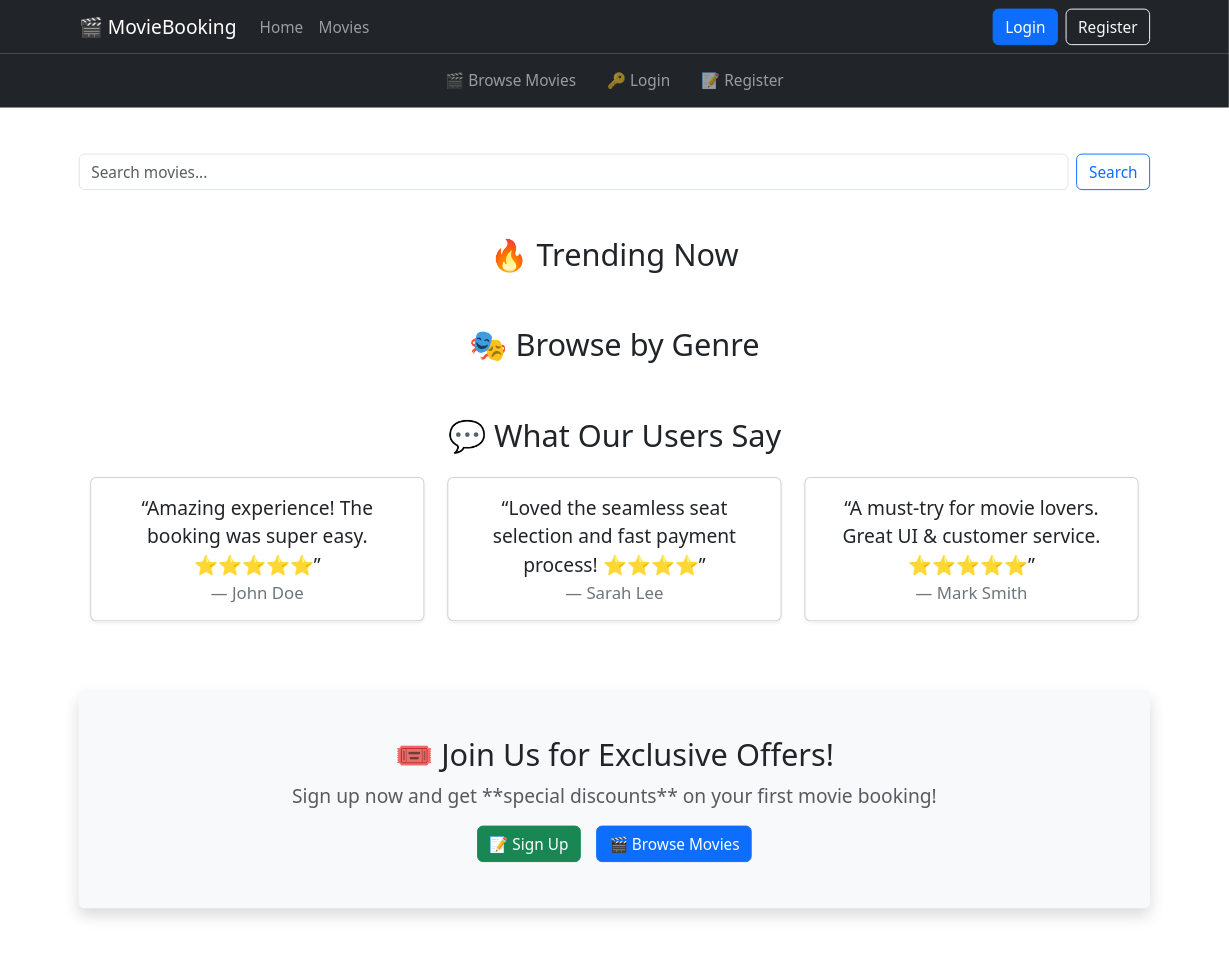
Repository: AshwinUgale/MovieBookingFrontend
Page: /
These files come from the project's save history. The page is drawn as it stood at one moment and after the next save; the edit follows.
The browser window is 1280 px wide. The pictures show the whole page, at 96% of full size.
The page's requests for data from a server got no answer. The project was rebuilt for these pictures with package versions that can differ from the ones it lists, and the page was loaded fresh each time. No one was signed in, and anything a server would have sent is missing. Also part of the build but not shown: src/pages/LoginPage.js, src/pages/RegisterPage.js, src/pages/DashboardPage.js, src/utils/PrivateRoute.js, src/pages/MovieList.js, src/pages/ShowtimesPage.js, src/pages/AdminMoviePage.js, src/pages/AdminShowtimePage.js and 4 more.

Above is the page before, as saved 2025-02-21 11:29:01.

After the next save:
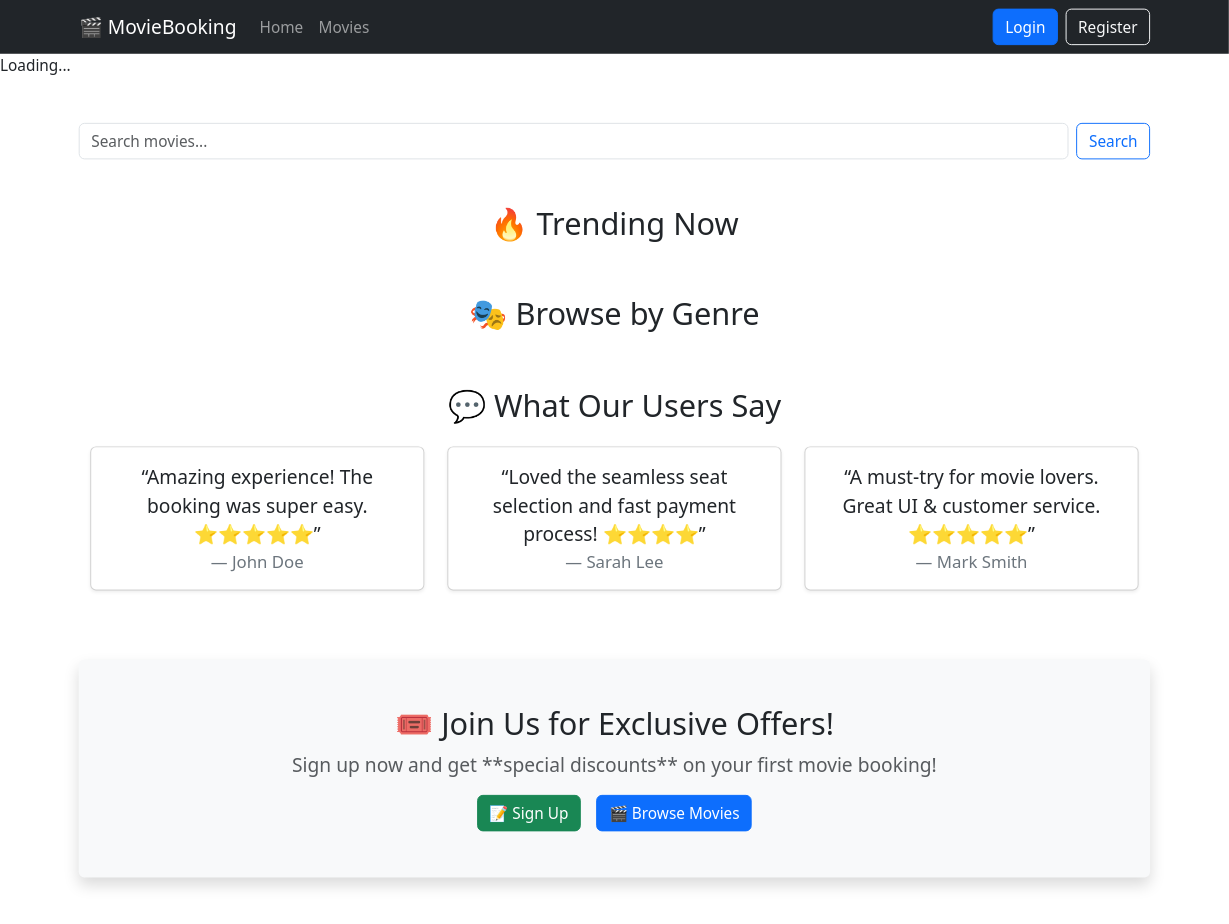
Saved 27 s later.
--- a/src/pages/HomePage.js
+++ b/src/pages/HomePage.js
@@ -1,5 +1,4 @@
-import { Link, useNavigate } from "react-router-dom";
-import { Container, Button, Navbar, Nav } from "react-bootstrap";
+import { Container } from "react-bootstrap";
 import HeroSection from "../components/HeroSection";
 import TrendingMovies from "../components/TrendingMovies";
 import MovieSearch from "../components/MovieSearch";
@@ -8,39 +7,10 @@
 import CallToAction from "../components/CallToAction";
 
 const HomePage = () => {
-  const navigate = useNavigate();
-  const isAuthenticated = localStorage.getItem("token") !== null;
-
-  const handleLogout = () => {
-    localStorage.removeItem("token");
-    navigate("/login");
-  };
-
   return (
     <>
-      {/* Navigation Bar */}
-      <Navbar bg="dark" variant="dark" expand="md" className="justify-content-center">
-        <Nav>
-          <Nav.Link as={Link} to="/movies" className="mx-2">🎬 Browse Movies</Nav.Link>
-          {!isAuthenticated ? (
-            <>
-              <Nav.Link as={Link} to="/login" className="mx-2">🔑 Login</Nav.Link>
-              <Nav.Link as={Link} to="/register" className="mx-2">📝 Register</Nav.Link>
-            </>
-          ) : (
-            <Button
-              variant="danger"
-              onClick={handleLogout}
-              className="mx-2"
-            >
-              🚪 Logout
-            </Button>
-          )}
-        </Nav>
-      </Navbar>
-
       {/* Hero Banner */}
-      {/* <HeroSection /> */}
+      <HeroSection />
 
       <Container className="text-center mt-5">
         {/* Search Bar */}

After the save that followed:
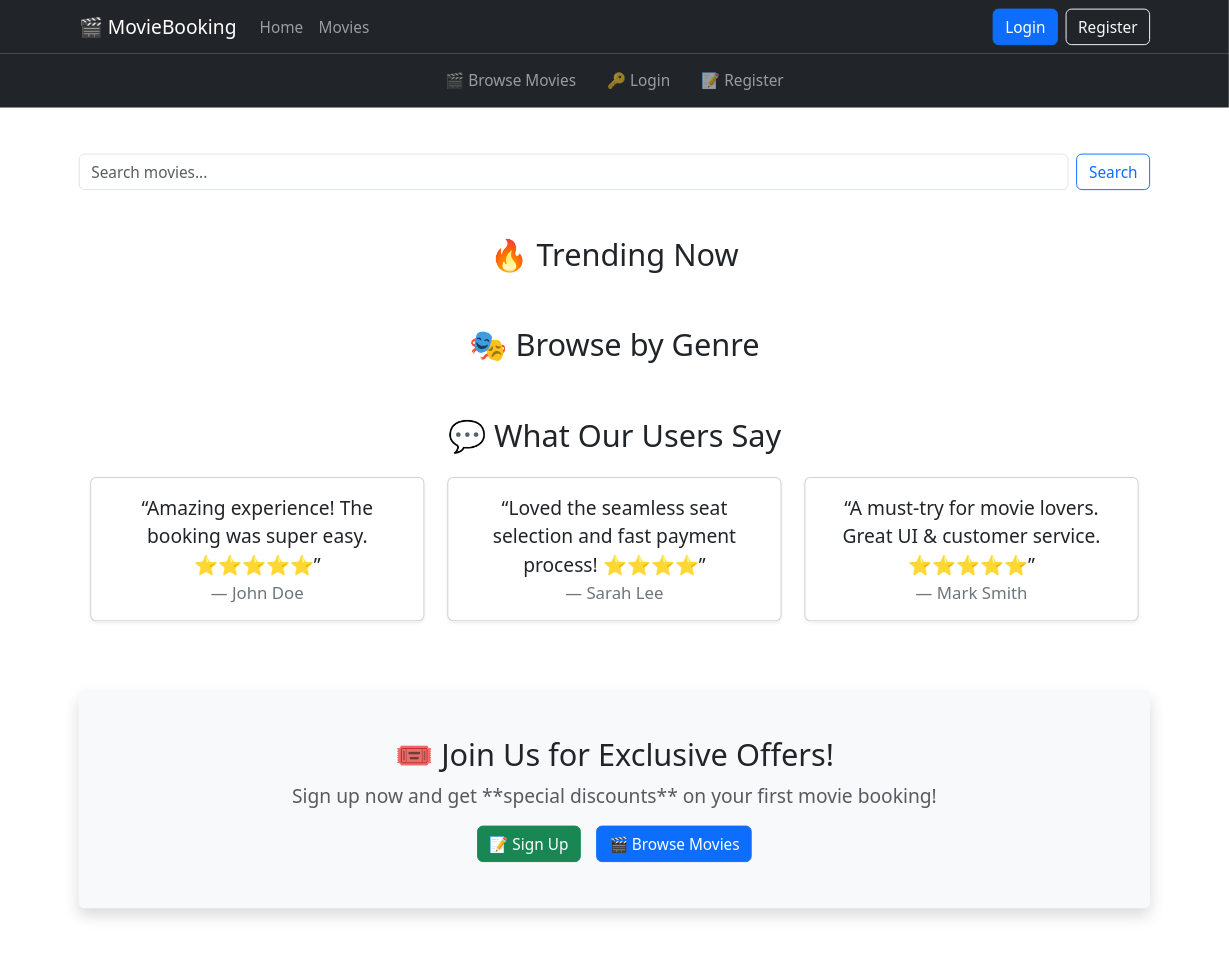
Saved 14 s later.
--- a/src/pages/HomePage.js
+++ b/src/pages/HomePage.js
@@ -1,4 +1,5 @@
-import { Container } from "react-bootstrap";
+import { Link, useNavigate } from "react-router-dom";
+import { Container, Button, Navbar, Nav } from "react-bootstrap";
 import HeroSection from "../components/HeroSection";
 import TrendingMovies from "../components/TrendingMovies";
 import MovieSearch from "../components/MovieSearch";
@@ -7,10 +8,39 @@
 import CallToAction from "../components/CallToAction";
 
 const HomePage = () => {
+  const navigate = useNavigate();
+  const isAuthenticated = localStorage.getItem("token") !== null;
+
+  const handleLogout = () => {
+    localStorage.removeItem("token");
+    navigate("/login");
+  };
+
   return (
     <>
+      {/* Navigation Bar */}
+      <Navbar bg="dark" variant="dark" expand="md" className="justify-content-center">
+        <Nav>
+          <Nav.Link as={Link} to="/movies" className="mx-2">🎬 Browse Movies</Nav.Link>
+          {!isAuthenticated ? (
+            <>
+              <Nav.Link as={Link} to="/login" className="mx-2">🔑 Login</Nav.Link>
+              <Nav.Link as={Link} to="/register" className="mx-2">📝 Register</Nav.Link>
+            </>
+          ) : (
+            <Button
+              variant="danger"
+              onClick={handleLogout}
+              className="mx-2"
+            >
+              🚪 Logout
+            </Button>
+          )}
+        </Nav>
+      </Navbar>
+
       {/* Hero Banner */}
-      <HeroSection />
+      {/* <HeroSection /> */}
 
       <Container className="text-center mt-5">
         {/* Search Bar */}
